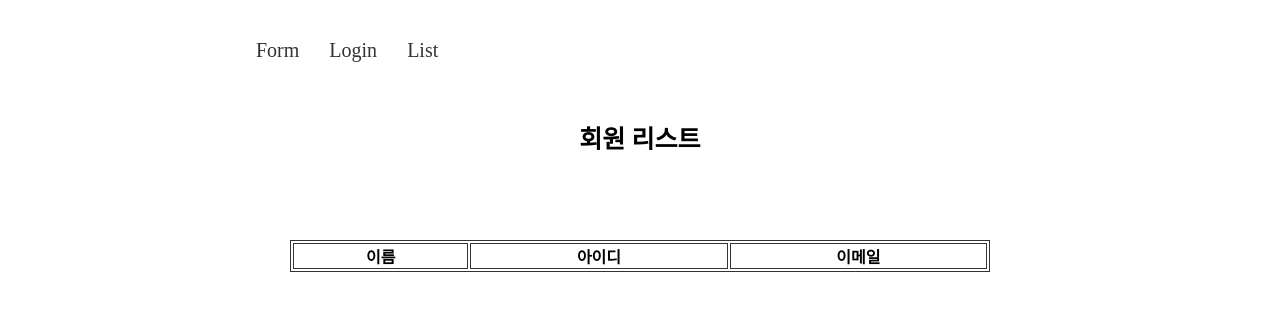
Repository: zeroj-0/eclipseProjects
Page: http://localhost/jv301/mod010/user_list.do
These files come from the project's save history. The page is drawn as it stood at one moment and after the next save; the edit follows.
The browser window is 1280 px wide. The pictures show the whole page.
The page is served by Tomcat 9. Other server files are loaded and not shown. Queries for data that is not in the repository find no rows.

Above is the page before, as saved 2022-07-07 06:51:20.

### jv301/src/main/webapp/mod010/user_list.jsp
<%@ page language="java" contentType="text/html; charset=UTF-8" pageEncoding="UTF-8"%>
<%@ taglib prefix="c" uri="http://java.sun.com/jsp/jstl/core" %>
<!DOCTYPE html>
<html>
<head>
<meta charset="UTF-8">
<title>Insert title here</title>
<link rel="stylesheet" href="./fixmethod.css">
<link rel="stylesheet" href="./style.css">
<style>
	table {
		border: 1px solid #333;
		width: 100%;
		margin: 0 auto;
	}
	table td {
		border: 1px solid #333;
		border-collapse : collapse;
		width: 100px;
		text-align: center;
	}
	table th {
		border: 1px solid #333;
	}
</style>
</head>
<body>
<div id="wrapper">
	<div id="header">
		<%@ include file="/incl/menu.jsp" %>
	</div>
<h3 class="title">회원 리스트</h3>
	<div class="container">
				<table>
					<tr>
						<th>이름</th><th>아이디</th><th>이메일</th>
					</tr>
					<c:forEach var="user" items="${user}">
						<tr>
							<td>
								${user.getUserName()}
							</td>
							<td>
								${user.getUserId()}
							</td>
							<td>
								${user.getEmail()}
							</td>
						</tr>
					</c:forEach>
				</table>
	</div>
</div>
</body>
</html>

### jv301/src/main/webapp/incl/menu.jsp
<%@ page language="java" contentType="text/html; charset=UTF-8"  pageEncoding="UTF-8"%>

<div class="gnb">
	<ul>
		<li><a href="add_user.jsp">Form</a></li>
		<li><a href="login">Login</a></li>
		<li><a href="user_list.do">List</a></li>
	</ul>
</div>

### jv301/src/main/java/com/varxyz/jv301/mod010/UserListServlet.java
package com.varxyz.jv301.mod010;

import java.io.IOException;
import java.util.List;

import javax.servlet.RequestDispatcher;
import javax.servlet.ServletException;
import javax.servlet.annotation.WebServlet;
import javax.servlet.http.HttpServlet;
import javax.servlet.http.HttpServletRequest;
import javax.servlet.http.HttpServletResponse;

@WebServlet("/mod010/user_list.do")
public class UserListServlet extends HttpServlet {
	private UserService userService;
	private static final long serialVersionUID = 1L;

	protected void doGet(HttpServletRequest request, HttpServletResponse response) throws ServletException, IOException {
		userService = UserService.getInstance();
		List<User> userList = userService.getAllUsers();
		request.setAttribute("user", userList);

		RequestDispatcher dispatcher = null;
		dispatcher = request.getRequestDispatcher("user_list.jsp");
		dispatcher.forward(request, response);
	}

	protected void doPost(HttpServletRequest request, HttpServletResponse response) throws ServletException, IOException {
		request.setCharacterEncoding("utf-8");

		String userId = request.getParameter("userId");

		request.setAttribute("userId", userId);

		RequestDispatcher dispatcher = null;
		dispatcher = request.getRequestDispatcher("update.jsp");
		dispatcher.forward(request, response);
	}

}

### jv301/src/main/java/com/varxyz/jv301/mod010/UserDao.java
package com.varxyz.jv301.mod010;

import java.sql.Connection;
import java.sql.PreparedStatement;
import java.sql.ResultSet;
import java.sql.SQLException;
import java.util.ArrayList;
import java.util.List;

public class UserDao {
	DataSource dataSource = null;

	public UserDao() {
		NamingService namingService = NamingService.getInstance();
		dataSource = (DataSource)namingService.getAttribute("dataSource");
	}

	public List<User> findAllUsers() {
		String sql = "SELECT * FROM User";
		List<User> userList = new ArrayList<User>();
		try {
			Connection con = null;
			PreparedStatement pstmt = null;
			ResultSet rs = null;
			try {
				con = dataSource.getConnection();
				pstmt = con.prepareStatement(sql);
				rs = pstmt.executeQuery();

				while(rs.next()) {
					User user = new User();
					user.setUserId(rs.getString("id"));
					user.setUserName(rs.getString("name"));
					user.setEmail(rs.getString("email"));
					user.setAddr(rs.getString("addr"));

					userList.add(user);
				}
			} finally {
				dataSource.close(rs, pstmt, con);
			}
		} catch (SQLException e) {
			e.printStackTrace();
		}
		return userList;
	}

	public void addUser(User user) {
		String sql = "INSERT INTO User(id,passwd,name,email,addr,ssn) VALUES (?,?,?,?,?,?)";
		try {
			Connection con = null;
			PreparedStatement pstmt = null;

			con = dataSource.getConnection();
			pstmt = con.prepareStatement(sql);

			pstmt.setString(1, user.getUserId());
			pstmt.setString(2, user.getPasswd());
			pstmt.setString(3, user.getUserName());
			pstmt.setString(4, user.getEmail());
			pstmt.setString(5, user.getAddr());
			pstmt.setString(6, user.getSsn());

			pstmt.executeUpdate();
			dataSource.close(pstmt, con);
		} catch (Exception e) {
			e.printStackTrace();
		}
	}
	public String findUserId(String userId) {
		String sql = "SELECT id FROM User WHERE id=?";
		String id = null;
		try {
			Connection con = null;
			PreparedStatement pstmt = null;
			ResultSet rs = null;
			try {
				con = dataSource.getConnection();
				pstmt = con.prepareStatement(sql);
				pstmt.setString(1, userId);

				rs = pstmt.executeQuery();

				if(rs.next()) {
					id= rs.getString("id");
				}

			} finally {
				dataSource.close(rs,pstmt, con);
			}
		} catch(Exception e) {
			e.printStackTrace();
		}
		if(id==null) {
			id="";
		}
		return id;
	}

	public String findUserPasswd(String passwd) {
		String sql = "SELECT passwd FROM User WHERE passwd=?";
		String pw = null;
		try {
			Connection con = null;
			PreparedStatement pstmt = null;
			ResultSet rs = null;
			try {
				con = dataSource.getConnection();
				pstmt = con.prepareStatement(sql);
				pstmt.setString(1, passwd);
				rs = pstmt.executeQuery();

				if(rs.next()) {
					pw= rs.getString("passwd");
				}

			} finally {
				dataSource.close(rs,pstmt, con);
			}
		} catch(Exception e) {
			e.printStackTrace();
		}
		if(pw==null) {
			pw = "";
		}
		return pw;
	}
	public User findUserByUserId(String userId) {
		String sql = "SELECT id,passwd,name,email,addr,ssn FROM User WHERE id=?";
		User user = new User();
		try  {
			Connection con = null;
			PreparedStatement pstmt = null;
			ResultSet rs = null;
			try {
				con = dataSource.getConnection();
				pstmt = con.prepareStatement(sql);
				pstmt.setString(1, userId);
				rs = pstmt.executeQuery();

				while(rs.next()) {
					user.setUserId(rs.getString("id"));
					user.setUserId(rs.getString("passwd"));
					user.setUserName(rs.getString("name"));
					user.setSsn(rs.getString("ssn"));
					user.setEmail(rs.getString("email"));
					user.setAddr(rs.getString("addr"));
					user.setSsn(rs.getString("ssn"));
				}
			} finally {
				dataSource.close(rs, pstmt, con);
			}
		} catch(Exception e) {
			e.printStackTrace();
		}
		return user;
	}
}

### jv301/src/main/webapp/mod010/fixmethod.css
@charset "UTF-8";
* { box-sizing: border-box; margin: 0; padding: 0;}
ul, li {list-style: none;}
a {text-decoration: none; color: #333;}

.gnb {
  width: 100%;
  height: 70px;
  float: left;
  padding-left: 20%;
}
ul li {
  float: left;
  height: 100%;
  margin-left: 30px;
}
ul li:first-child {
  margin-left: 0;
}

a {
  line-height: 70px;
  font-size: 20px;
}
a:hover {
  color: #000;
  font-weight: 600;
}
#header {
	height: 100px;
	width: 100%;
	text-align: center;
	font-size: 20px;
	line-height: 100px;
}
#footer {
	margin-top: 100px;
	text-align: center;
}

### jv301/src/main/webapp/mod010/style.css
@charset "UTF-8";
* { box-sizing: border-box; margin: 0; padding: 0;}
ul, li {list-style: none;}
a {text-decoration: none; color: #333;}

.container {
  padding-top: 60px;
  display: flex;
  flex-wrap: wrap;
  height: 100%;
  width: 700px;
  margin: 0 auto;
}
form {
  width: 100%;
}
h3 {
  font-size: 25px;
  width: 100%;
}
.d {
  height: 50px;
  width: 100%;
  display: flex;
  justify-content: left;
  align-items: center;
  margin-top: 10px;
}
.d > input {
  height: 35px;
  line-height: 35px;
  padding-left: 5px;

}
select {
  height: 35px;
  width: 150px;
  font-size: 15px;
}
span.email {
  margin: 0 5px;
}
.checkbox-layout {
  height: 100px;
}
.inner-box {
  margin: 0;
  display: block;
  width: 100%;
  height: 100%;
}
.inner-box h2 {
  width: 100%;
}
.box {
  display: inline-block;
  width: 18%;
  position: relative;
  overflow: hidden;
}
.box label {
  position: absolute;
  top: 14px;
  left: 20px;
}
.box input {
  height: 50px;
}
span {
  font-size: 18px;
  font-weight: 400;
  color: #333;
}
.btn {
  justify-content: center;
  width: 80px;
  height: 40px;
  margin: 0 auto;
  background: #f9f9f9;
  border-radius: 12px;
  border: 1px solid #000;
  margin-top: 20px;
}
button {
	border-style: none;
}
button.btn-inner {
  border-style: none;
  height: 40px;
  width: 75px;
  font-size:20px;
  background: none;
  cursor: pointer;
}
.address1 {
	width: 250px;
	margin-right: 10px;
}

.title {
	width: 100%;
	text-align: center;
	height: 80px;
	line-height: 80px;
}

After the next save:
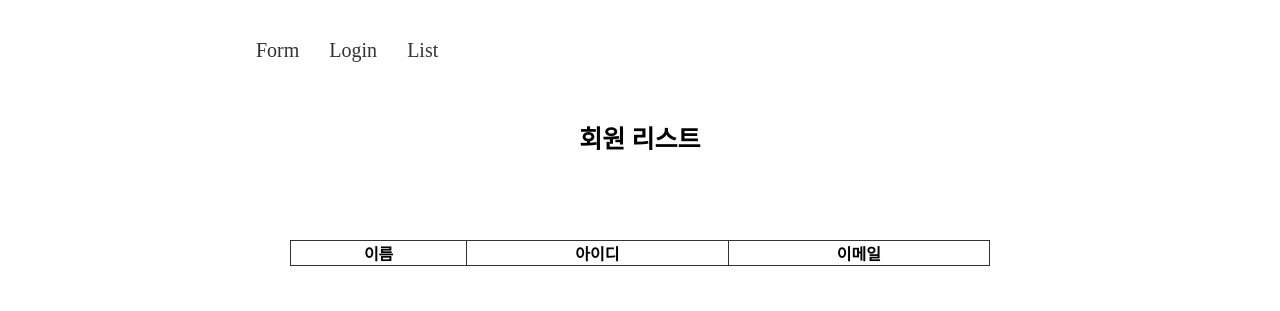
Saved 55 s later.
--- a/jv301/src/main/webapp/mod010/user_list.jsp
+++ b/jv301/src/main/webapp/mod010/user_list.jsp
@@ -12,10 +12,10 @@
 		border: 1px solid #333;
 		width: 100%;
 		margin: 0 auto;
+		border-collapse: collapse;
 	}
 	table td {
 		border: 1px solid #333;
-		border-collapse : collapse;
 		width: 100px;
 		text-align: center;
 	}
